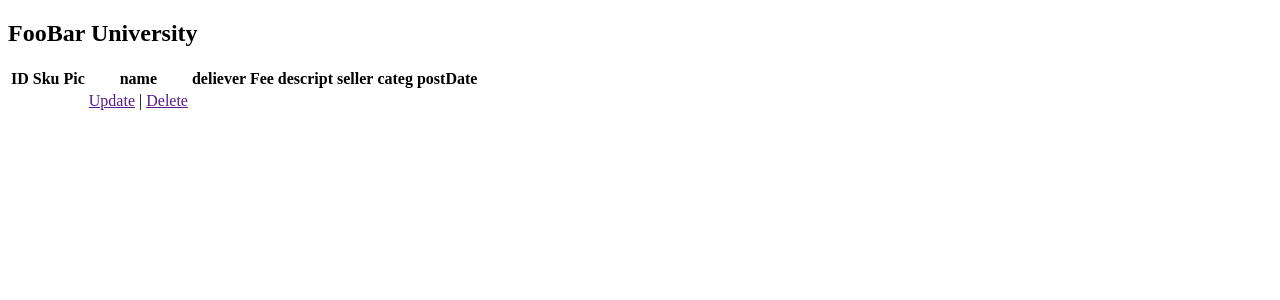
Repository: UnforgivenZZZ/bulldog
Page: http://localhost/bulldog/list-students.jsp
These files come from the project's save history. The page is drawn as it stood at one moment and after the next save; the edit follows.
The browser window is 1280 px wide. The pictures show the whole page.
The page is served by Tomcat 9. The template is opened directly, without the code that normally fills it, so the values that code supplies are empty.

Above is the page before, as saved 2017-07-13 21:35:07.

After the next save:
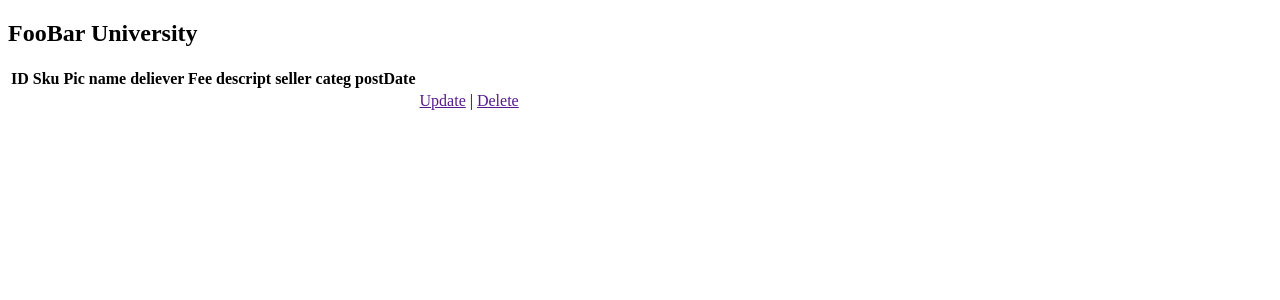
Saved 2 s later.
--- a/bulldog/WebContent/list-students.jsp
+++ b/bulldog/WebContent/list-students.jsp
@@ -39,6 +39,12 @@
 						<td>${tempProduct.getId()}</td>
 						<td>${tempProduct.getSku()}</td>
 						<td>${tempProduct.getPicurl()}</td>
+						<td>${tempProduct.getId()}</td>
+						<td>${tempProduct.getSku()}</td>
+						<td>${tempProduct.getPicurl()}</td>
+						<td>${tempProduct.getId()}</td>
+						<td>${tempProduct.getSku()}</td>
+						<td>${tempProduct.getPicurl()}</td>
 						<td>
 
 							<a href = "${tempLink}">Update</a>
